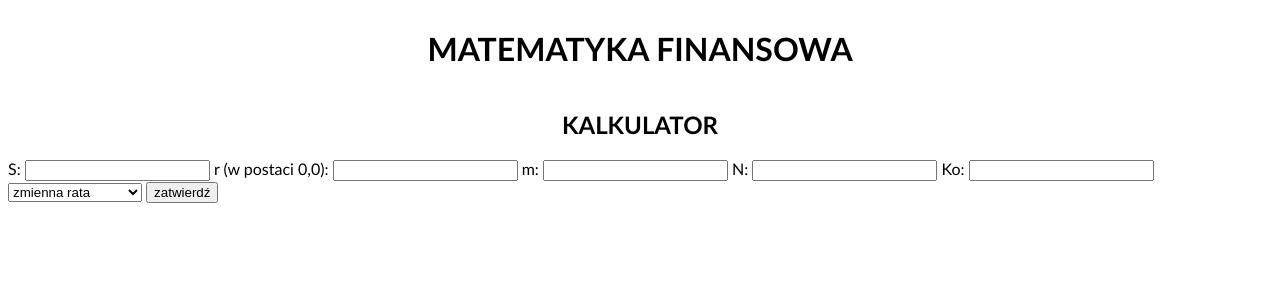
Repository: ravkita/MFCalc
Page: index.html
These files come from the project's save history. The page is drawn as it stood at one moment and after the next save; the edit follows.
The browser window is 1280 px wide. The pictures show the whole page.

Above is the page before, as saved 2021-04-12 18:28:12.

### index.html
<!DOCTYPE html>
<html lang="en">
<head>
    <meta charset="UTF-8">
    <meta http-equiv="X-UA-Compatible" content="IE=edge">
    <meta name="viewport" content="width=device-width, initial-scale=1.0">
    <title>Kalkulator</title>

    <style type="text/css">
        body{
            font-family: 'Gill Sans', 'Gill Sans MT', Calibri, 'Trebuchet MS', sans-serif;
        }
        .header{
            width: 100%;
            display: flex;
            flex-direction: column;
            justify-content: center;
            align-items: center;
        }
    </style>
</head>
<body>
    <header class="header">
        <h1 class="title">MATEMATYKA FINANSOWA</h1>
    <h2 class="title">KALKULATOR</h2>
    </header>
    <form action="" id="rata">
        <label for="S">S:</label> <input type="number" name="S" class="s">
        <label for="r">r (w postaci 0,0):</label> <input type="number" name="r" class="r">
        <label for="m">m:</label> <input type="number" name="m" class="m">
        <label for="N">N:</label> <input type="number" name="N" class="N">
        <label for="Ko">Ko:</label> <input type="number" name="Ko" class="Ko">
        <select name="type" id="typ">
            <option value="1">zmienna rata</option>
            <option value="2">zmienne płatności</option>
            <option value="3">narastanie kapitału</option>
        </select>
        <input type="button" name="confirm" id="confirm" value="zatwierdź">
    </form>
    <div class="result">

    </div>
    <script type="text/javascript">
        let s;
        let r;
        let m;
        let N;
        let q;
        let Ko;
        function rataStała(){
            const el = document.createElement("p");
            let t = s/(m*N);
            el.innerText = `T: ${t}`;
            document.querySelector('.result').appendChild(el);
        }
        function rataZmienna(){
            let tn = [];
                for(let i = 1; i<=N; i++){
                    const el = document.createElement("p");
                    tn[i-1] = s*((Math.pow(q, i) - Math.pow(q, i-1))/(Math.pow(q, m*N) - 1));
                    el.innerText = `T${i}: ${tn[i-1]}`;
                    document.querySelector('.result').appendChild(el);
                }
        }
        function kwotaPlatnosciStala(){
            const el = document.createElement("p");
            let a = s*Math.pow(q, m*N)*((q-1)/(Math.pow(q, m*N)-1));
            el.innerText = `A: ${a}`;
            document.querySelector('.result').appendChild(el);
        }
        function kwotaPlatnosciZmienna(){
            for(let i = 1; i<=N*m; i++){
                const el = document.createElement("p");
                let an = (s/(N*m))*[1+((N*m)-i+1)*(r/m)];
                el.innerText = `A${i}: ${an}`;
                document.querySelector('.result').appendChild(el);
            }
        }
        function narastanieKapitału(){
            for(let i = 1; i<=N; i++){
                const el = document.createElement("p");
                let Kn = Ko*(Math.pow((1+(r/m)), i*m));
                el.innerText = `K${i}: ${Kn}`;
                document.querySelector('.result').appendChild(el);
            }
        }
        function odsetkiPrzyStalejRacie(){
            for(let i = 1; i<=N*m; i++){
                const el = document.createElement("p");
                let On = s*[1-((i-1)/(N*m))]*(r/m);
                el.innerText = `O${i}: ${On}`;
                document.querySelector('.result').appendChild(el);
            }
        }
        function saldo(){
            for(let i = 1; i<=N*m; i++){
                const el = document.createElement("p");
                let Sn = s*[1-((i-1)/(N*m))]*(r/m);
                el.innerText = `S${i}: ${Sn}`;
                document.querySelector('.result').appendChild(el);
            }
        }
        function odsetkiPrzyStalejKwocie(){
            for(let i = 1; i<=N*m; i++){
                const el = document.createElement("p");
                let On = s*[1-((i-1)/(N*m))]*(r/m);
                el.innerText = `O${i}: ${On}`;
                document.querySelector('.result').appendChild(el);
            }
        }
        function getData(){
            document.getElementById('confirm').addEventListener('click', (e) =>{
                s = document.querySelector('.s').value;
                r = document.querySelector('.r').value;
                m = document.querySelector('.m').value;
                N = document.querySelector('.N').value;
                Ko = document.querySelector('.Ko').value;
                q = 1+(r/m);
                let type = document.querySelector('#typ').value;
                document.querySelector('.result').innerHTML="";

                switch (type){
                    case "1":
                    rataZmienna();
                    kwotaPlatnosciStala();
                    break;
                    case "2":
                    kwotaPlatnosciZmienna();
                    rataStała();
                    odsetkiPrzyStalejRacie();
                    break;
                    case "3":
                    narastanieKapitału();
                }
            });
        }
        getData();
    </script>
</body>
</html>

After the next save:
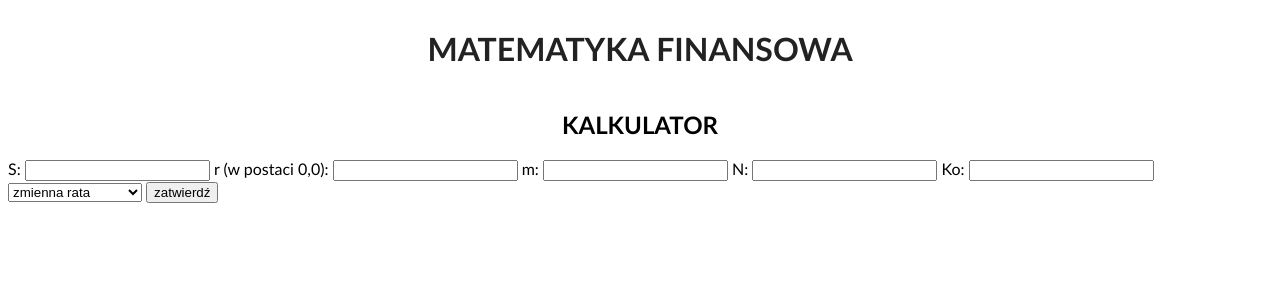
Saved 77 s later.
--- a/index.html
+++ b/index.html
@@ -17,12 +17,18 @@
             justify-content: center;
             align-items: center;
         }
+        .title{
+            color: #222;
+        }
+        .subtitle{
+            color #3b3b3b;
+        }
     </style>
 </head>
 <body>
     <header class="header">
         <h1 class="title">MATEMATYKA FINANSOWA</h1>
-    <h2 class="title">KALKULATOR</h2>
+    <h2 class="subtitle">KALKULATOR</h2>
     </header>
     <form action="" id="rata">
         <label for="S">S:</label> <input type="number" name="S" class="s">
